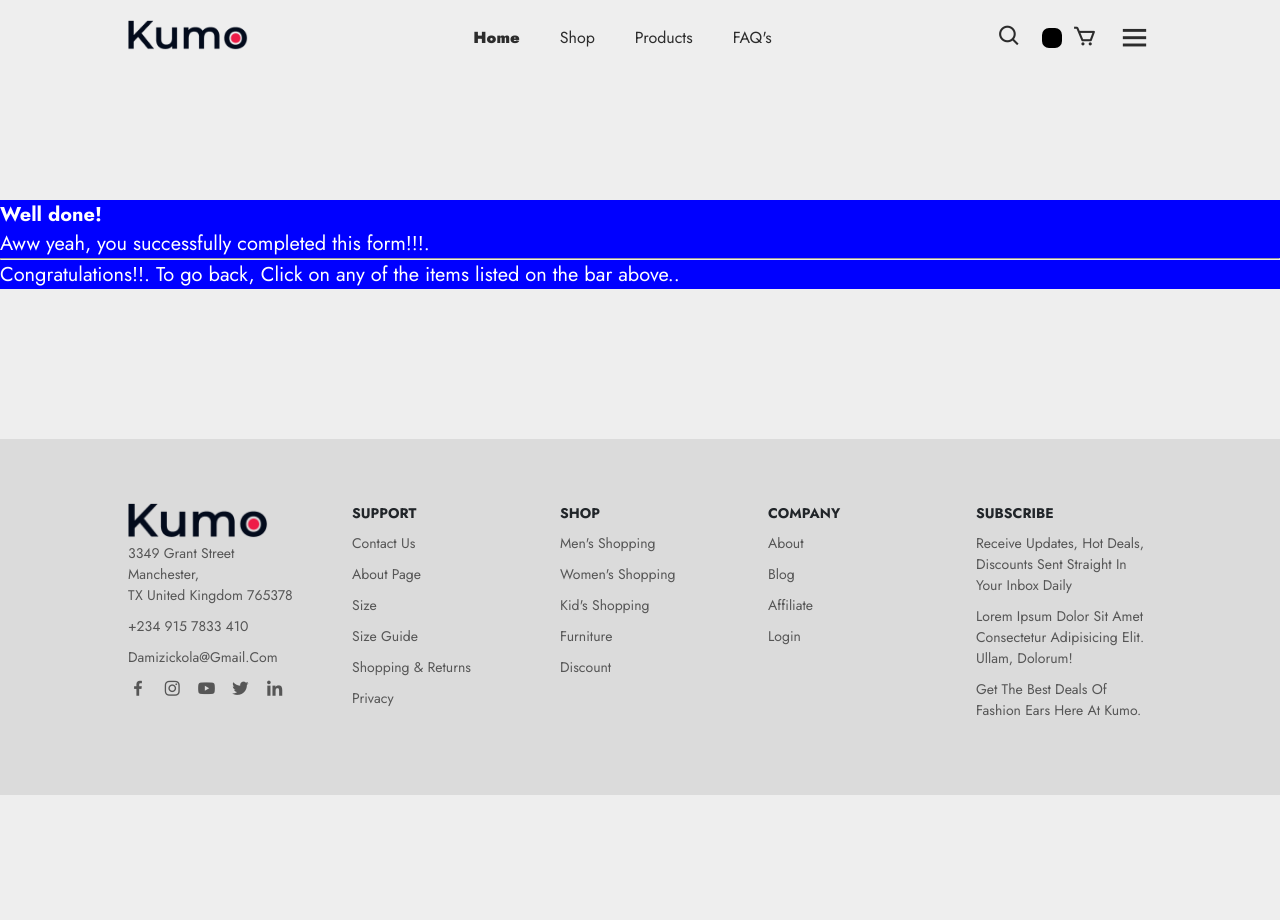
Repository: isaacCodes1/Kumo-Website.
Page: alert.html
The author's editor kept a copy of each file at every save. The page is drawn from the files as they stood at one save, then again after the next save.
The browser window is 1280 px wide. The pictures show the whole page.

Above is the page before, as saved 2024-03-26 11:16:05.

After the next save:
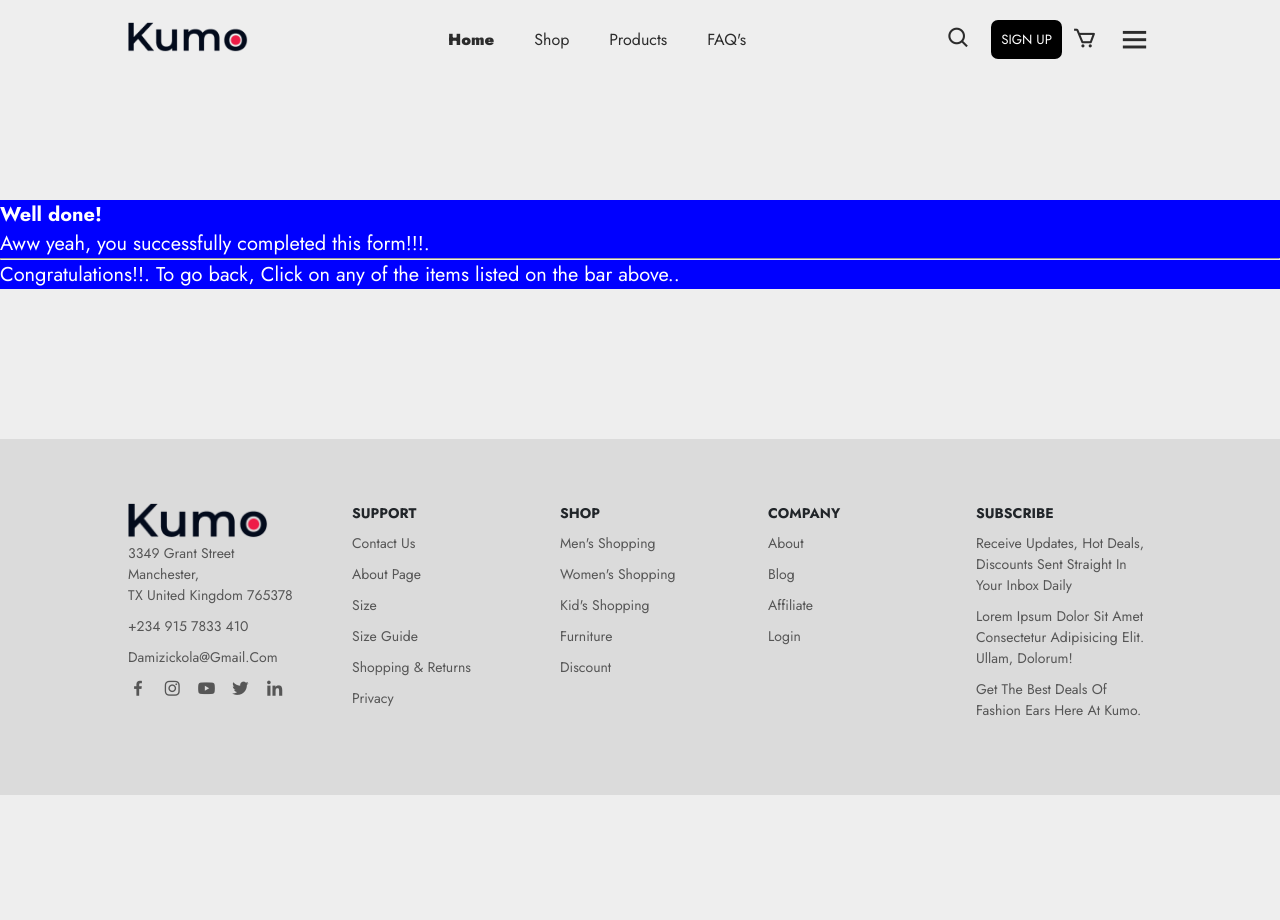
Saved 4 s later.
--- a/alert.html
+++ b/alert.html
@@ -35,7 +35,7 @@
       </ul>
       <div class="nav-icon">
         <a href="#"><i class="bx bx-search"></i></a>
-        <button class="yes"></button>
+        <button class="yes">SIGN UP</button>
         <a href="#"><i class="bx bx-cart"></i></a>
         <div class="bx bx-menu" id="menu-icon"></div>
       </div>
